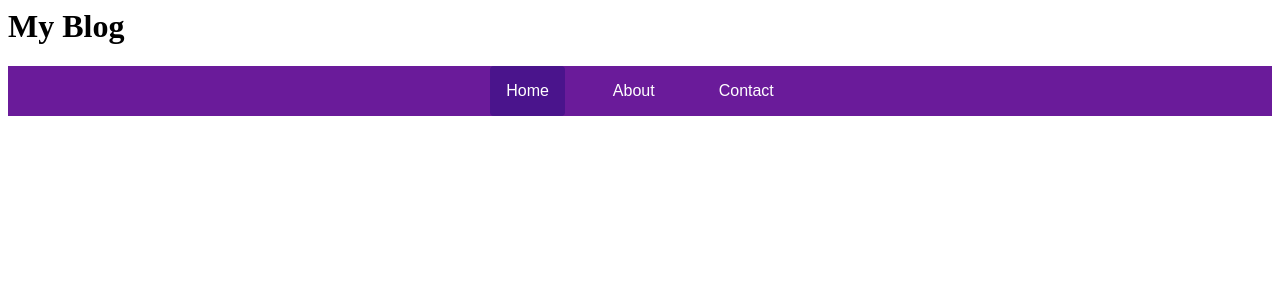
Repository: Femi007-gh/BLOG
Page: index.html
These files come from the project's save history. The page is drawn as it stood at one moment and after a run of saves; the edit follows.
The browser window is 1280 px wide. The pictures show the whole page.
The pointer rests on the first visible `a`.

Above is the page before, as saved 2025-01-08 07:19:08.

### index.html
<html>
  <head>
    <title>BLOG</title>
    <link rel="stylesheet" href="style.css">
  </head>
  <body>
    <header>
      <h1 class="head">My Blog</h1>
      <nav>
        <ul>
          <li><a href="#">Home</a></li>
          <li><a href="#">About</a></li>
          <li><a href="#">Contact</a></li>
        </ul>
      </nav>
    </header>
  </body>
</html>

### style.css
nav {
      background-color: #6a1b9a;

    }

    ul {
      list-style: none;
      margin: 0;
      padding: 0;
      display: flex;
      justify-content: center;
    }

    li {
      margin: 0 1rem;
    }

    a {
      color: white;
      text-decoration: none;
      font-family: Arial, sans-serif;
      padding: 1rem;
      display: block;
    }

    a:hover {
      background-color: #4a148c;
      border-radius: 4px;
    }

After the next 2 saves:
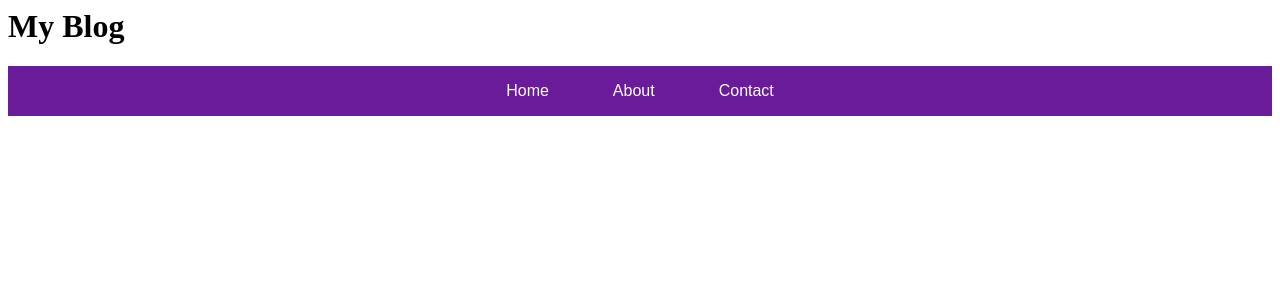
The 2 saves are shown as one change because they came seconds apart.
The last was saved 18 s later.
--- a/style.css
+++ b/style.css
@@ -22,8 +22,3 @@ nav {
       padding: 1rem;
       display: block;
     }
-
-    a:hover {
-      background-color: #4a148c;
-      border-radius: 4px;
-    }
